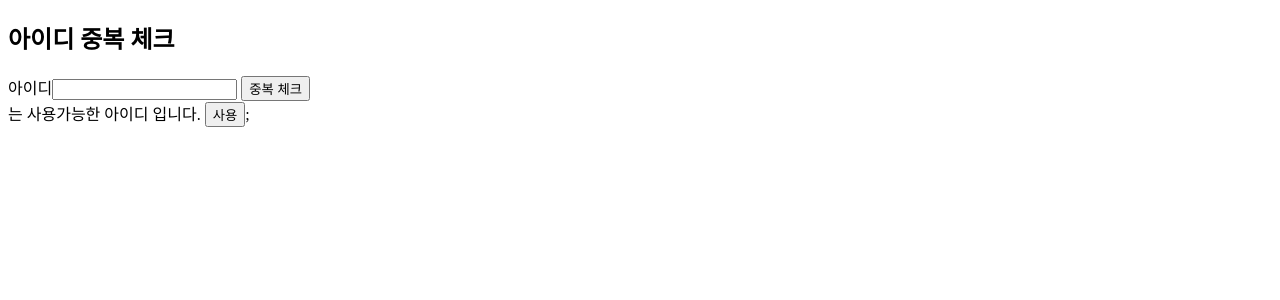
Repository: totesbk/JSP-
Page: http://localhost/web09/idCheck.do
These files come from the project's save history. The page is drawn as it stood at one moment and after the next save; the edit follows.
The browser window is 1280 px wide. The pictures show the whole page.
The page is served by Tomcat 9. Queries for data that is not in the repository find no rows.

Above is the page before, as saved 2020-10-14 02:06:36.
Console error: TypeError: Cannot read properties of null (reading 'document')

After the next save:
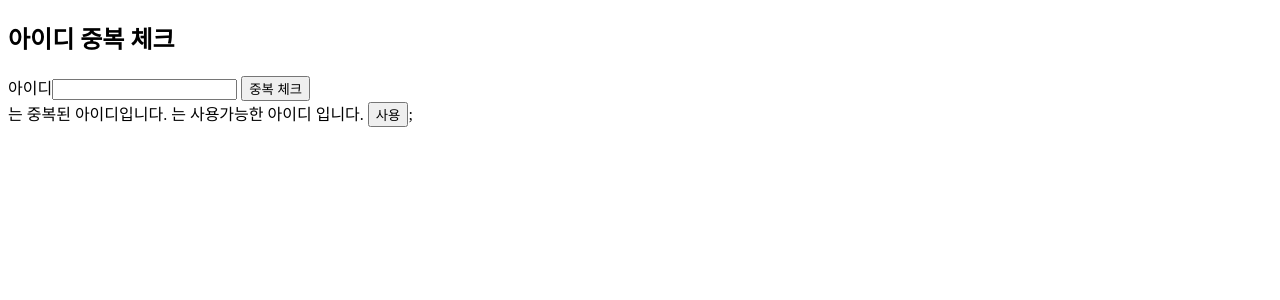
Saved 2 s later.
--- a/web09/WebContent/member/idcheck.jsp
+++ b/web09/WebContent/member/idcheck.jsp
@@ -15,6 +15,7 @@
 		<script type="text/javascript">
 			opener.document.frm.userid.value="";
 		</script>
+		${userid}는 중복된 아이디입니다.
 	</c:if>
 	<c:if test="${result}==-1"><!-- 중복된 아이디가 없다. -->
 		${userid}는 사용가능한 아이디 입니다.
